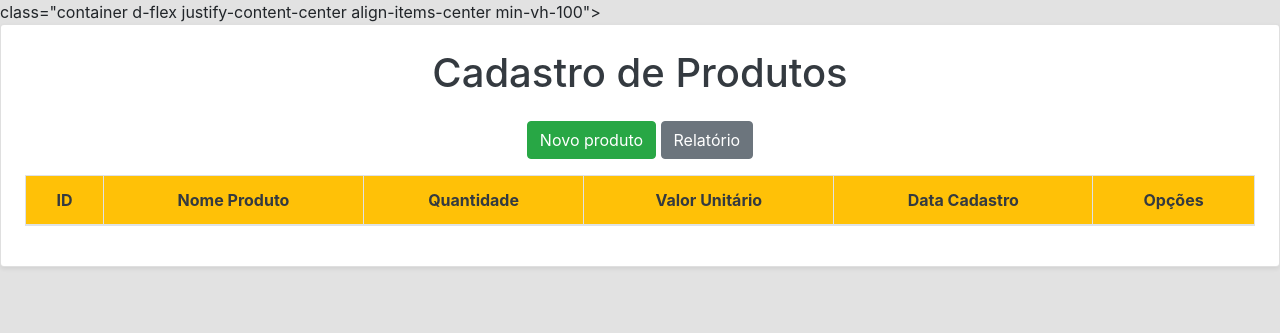
Repository: brudorea/produto
Page: http://localhost/produto/main
The author's editor kept a copy of each file at every save. The page is drawn from the files as they stood at one save, then again after the next save.
The browser window is 1280 px wide. The pictures show the whole page.
The page is served by Tomcat 10. Other server files are loaded and not shown. Queries for data that is not in the repository find no rows.

Above is the page before, as saved 2025-06-09 23:49:28.
Console error: SyntaxError: Unexpected end of input

### produto/src/main/webapp/cadastro.jsp
<%@ page language="java" contentType="text/html; charset=UTF-8"
	pageEncoding="UTF-8"%>

<%@ page import="model.JavaBeans"%>
<%@ page import="java.util.ArrayList"%>

<%@ page import="java.util.Locale"%>
<%@ page import="java.time.format.DateTimeFormatter"%>
<%@ page import="java.text.NumberFormat"%>
<%
@SuppressWarnings("unchecked")
ArrayList<JavaBeans> lista = (ArrayList<JavaBeans>) request.getAttribute("produtos");
%>

<%
NumberFormat moeda = NumberFormat.getCurrencyInstance(Locale.of("pt", "BR"));
%>

<!DOCTYPE html>
<html lang="pt-br">
<head>
<meta charset="UTF-8">
<meta name="viewport" content="width=device-width, initial-scale=1.0">
<meta name="description"
	content="Sistema de cadastro de produtos com Java e Bootstrap.">
<meta name="keywords"
	content="cadastro, produtos, sistema, Java, Bootstrap">
<title>Cadastro de Produtos</title>
<link rel="shortcut icon" href="img/favicon.png" type="image/x-icon">
<link rel="stylesheet"
	href="https://stackpath.bootstrapcdn.com/bootstrap/4.1.3/css/bootstrap.min.css">
<link rel="stylesheet" href="style.css">
</head>
<body>
	<div>
		class="container d-flex justify-content-center align-items-center
		min-vh-100">
		<section class="card shadow-sm p-4 w-100">
			<div class="text-center">
				<h1 class="text-dark mb-4">Cadastro de Produtos</h1>
				<a href="novo.html" class="btn btn-success">Novo produto</a> <a
					href="report" class="btn btn-secondary">Relatório</a>
			</div>

			<div class="table-responsive pt-3">
				<table class="table table-bordered table-striped text-center">
					<thead class="bg-warning text-dark">
						<tr>
							<th scope="col">ID</th>
							<th scope="col">Nome Produto</th>
							<th scope="col">Quantidade</th>
							<th scope="col">Valor Unitário</th>
							<th scope="col">Data Cadastro</th>
							<th scope="col">Opções</th>
						</tr>
					</thead>
					<tbody>
						<%
						for (int i = 0; i < lista.size(); i++) {
						%>
						<tr>
							<td><%=lista.get(i).getId()%></td>
							<td class="text-left"><%=lista.get(i).getNome()%></td>
							<td><%=lista.get(i).getQtde()%></td>

							<td><%=moeda.format(lista.get(i).getValor_unit())%></td>

							<td><%=lista.get(i).getData_cad().format(DateTimeFormatter.ofPattern("dd/MM/yyyy"))%></td>

							<td><a href="select?id=<%=lista.get(i).getId()%>"
								class="btn btn-sm btn-primary">Editar</a> <a
								href="javascript:confirmar(<%=lista.get(i).getId()%>)"
								class="btn btn-sm btn-danger">Excluir</a></td>
						</tr>

						<%
						}
						%>

					</tbody>
				</table>
			</div>
		</section>
	</div>

	<script src="https://code.jquery.com/jquery-3.3.1.slim.min.js"></script>
	<script>
			src="https://cdnjs.cloudflare.com/ajax/libs/popper.js/1.14.3/umd/popper.min.js"></script>
	<script>
			src="https://stackpath.bootstrapcdn.com/bootstrap/4.1.3/js/bootstrap.min.js"></script>
	<script src="confirmar.js"></script>
</body>
</html>

### produto/src/main/java/controller/Controller.java
package controller;

import java.io.IOException;
import java.text.NumberFormat;
import java.time.LocalDate;
import java.time.format.DateTimeFormatter;
import java.util.ArrayList;
import java.util.Locale;

import com.itextpdf.text.Document;
import com.itextpdf.text.Paragraph;
import com.itextpdf.text.pdf.PdfPCell;
import com.itextpdf.text.pdf.PdfPTable;
import com.itextpdf.text.pdf.PdfWriter;

import jakarta.servlet.RequestDispatcher;
import jakarta.servlet.ServletException;
import jakarta.servlet.annotation.WebServlet;
import jakarta.servlet.http.HttpServlet;
import jakarta.servlet.http.HttpServletRequest;
import jakarta.servlet.http.HttpServletResponse;
import model.DAO; // Classe do banco de dados
import model.JavaBeans;


@WebServlet(urlPatterns = { "/main", "/insert", "/select", "/update", "/delete", "/report" })

public class Controller extends HttpServlet {
	private static final long serialVersionUID = 1L;

	DAO dao = new DAO(); // Testar o banco de dados
	JavaBeans produto = new JavaBeans();


	public Controller() {
		super();

	}

	protected void doGet(HttpServletRequest request, HttpServletResponse response)
			throws ServletException, IOException {


		String action = request.getServletPath();
		System.out.println(action);

		if (action.equals("/main")) {
			produtos(request, response);
		} else if (action.equals("/insert")) {
			adicionarProduto(request, response);
		} else if (action.equals("/select")) {
			listarProduto(request, response);
		} else if (action.equals("/update")) {
			editarProduto(request, response);
		} else if (action.equals("/delete")) {
			removerProduto(request, response);
		} else if (action.equals("/report")) {
			gerarRelatorio(request, response);
		} else {
			response.sendRedirect("index.html");
		}
	}

	protected void produtos(HttpServletRequest request, HttpServletResponse response)
			throws ServletException, IOException {

		ArrayList<JavaBeans> lista = dao.listarProdutos();

		request.setAttribute("produtos", lista);
		RequestDispatcher rd = request.getRequestDispatcher("cadastro.jsp");
		rd.forward(request, response);

		}

	protected void adicionarProduto(HttpServletRequest request, HttpServletResponse response)
			throws ServletException, IOException {

		int qtde = Integer.parseInt(request.getParameter("qtde"));
		String valorUnitStr = request.getParameter("valorunit").replace(",", ".");
		float valorUnit = Float.parseFloat(valorUnitStr);
		String dataTexto = request.getParameter("data_cad");
		LocalDate data = LocalDate.parse(dataTexto);

		produto.setNome(request.getParameter("nome_produto"));
		produto.setQtde(qtde);
		produto.setValor_unit(valorUnit);
		produto.setData_cad(data);

		dao.inserirProduto(produto);

		response.sendRedirect("main");

	}

	protected void listarProduto(HttpServletRequest request, HttpServletResponse response)
			throws ServletException, IOException {
		int id = Integer.parseInt(request.getParameter("id"));


		produto.setId(id);

		dao.selecionarProduto(produto);

		NumberFormat formato = NumberFormat.getCurrencyInstance(Locale.forLanguageTag("pt-BR"));
		String valorFormatado = formato.format(produto.getValor_unit());

		request.setAttribute("id", produto.getId());
		request.setAttribute("nome", produto.getNome());
		request.setAttribute("qtde", produto.getQtde());
		request.setAttribute("valorunit", valorFormatado);
		request.setAttribute("data_cadastro", produto.getData_cad());

		RequestDispatcher rd = request.getRequestDispatcher("editar.jsp");
		rd.forward(request, response);
	}

	protected void editarProduto(HttpServletRequest request, HttpServletResponse response)
			throws ServletException, IOException {

		try {
			int id = Integer.parseInt(request.getParameter("id"));
			String nome = request.getParameter("nome_produto");
			int qtde = Integer.parseInt(request.getParameter("qtde"));

			String valorTexto = request.getParameter("valorunit");
			valorTexto = valorTexto.replaceAll("[\\s\\u00A0]", "");
			valorTexto = valorTexto.replace("R$", "");
			valorTexto = valorTexto.replace(",", ".");
			float valorUnit = Float.parseFloat(valorTexto);

			LocalDate datacadastro = LocalDate.parse(request.getParameter("data_cad"));

			produto.setId(id);
			produto.setNome(nome);
			produto.setQtde(qtde);
			produto.setValor_unit(valorUnit);
			produto.setData_cad(datacadastro);

			dao.alterarProduto(produto);

		} catch (Exception e) {
			System.err.println("Erro ao editar produto:" + e.getMessage());
		}

		response.sendRedirect("main");
	}

	protected void removerProduto(HttpServletRequest request, HttpServletResponse response)
			throws ServletException, IOException {
		int id = Integer.parseInt(request.getParameter("id"));

		produto.setId(id);

		dao.deletarProduto(produto);

		response.sendRedirect("main");
	}

	protected void gerarRelatorio(HttpServletRequest request, HttpServletResponse response)
			throws ServletException, IOException {
		Document documento = new Document();

		try {
			response.setContentType("aplication/pdf");
			response.addHeader("Content-Disposition", "inline; filename=" + "Produtos.pdf");

			PdfWriter.getInstance(documento, response.getOutputStream());

			documento.open();
			documento.add(new Paragraph("Lista de Produtos"));
			documento.add(new Paragraph(" "));

			PdfPTable tabela = new PdfPTable(4);

			PdfPCell col1 = new PdfPCell (new Paragraph("Nome Produto"));
			PdfPCell col2 = new PdfPCell (new Paragraph("Qtde"));
			PdfPCell col3 = new PdfPCell (new Paragraph("Valor Unitário"));
			PdfPCell col4 = new PdfPCell (new Paragraph("Data Cadastro"));

			tabela.addCell(col1);
			tabela.addCell(col2);
			tabela.addCell(col3);
			tabela.addCell(col4);

			DateTimeFormatter formatada = DateTimeFormatter.ofPattern("dd/MM/yyyy");
			NumberFormat moedaBR = NumberFormat.getCurrencyInstance(Locale.forLanguageTag("pt-BR"));

			ArrayList<JavaBeans> lista = dao.listarProdutos();
			for(int i = 0; i < lista.size(); i++) {
				tabela.addCell(lista.get(i).getNome());
				tabela.addCell(String.valueOf(lista.get(i).getQtde()));
				tabela.addCell(moedaBR.format(lista.get(i).getValor_unit()));
				String dataFormatada = lista.get(i).getData_cad().format(formatada);
				tabela.addCell(dataFormatada);
			}

			documento.add(tabela);
			documento.close();


			} catch (Exception e) {
			System.out.print(e);
			documento.close();
		}
	}
}

### produto/src/main/webapp/style.css
@charset "UTF-8";

body {
	background: #e2e2e2;
}

.container {
	margin-top: 50px;
}

### produto/src/main/webapp/confirmar.js
/**
 * Confirmar a exclusão do produto
 * @param id
 */

function confirmar(id){
	let resposta = confirm("Confirma a exclusão deste produto?")
	if(resposta === true){
		//alert(id)
		window.location.href = "delete?id=" + id
	}
}

After the next save:
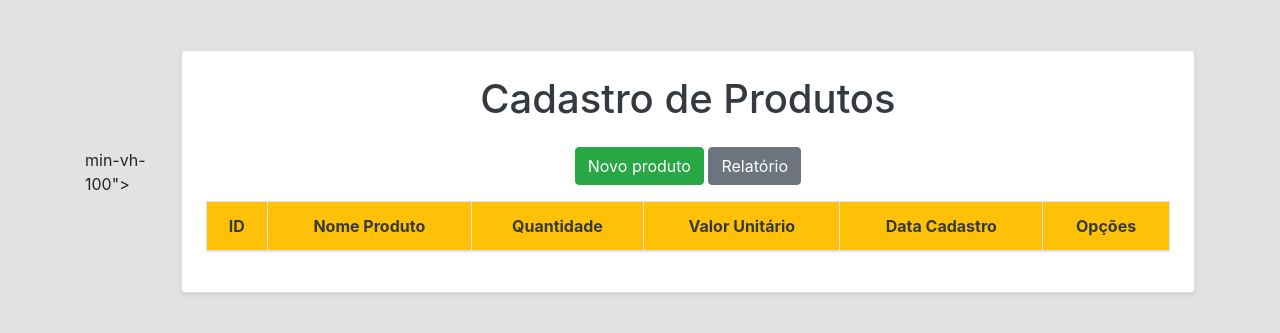
Saved 108 s later.
--- a/produto/src/main/webapp/cadastro.jsp
+++ b/produto/src/main/webapp/cadastro.jsp
@@ -32,8 +32,7 @@ NumberFormat moeda = NumberFormat.getCurrencyInstance(Locale.of("pt", "BR"));
 <link rel="stylesheet" href="style.css">
 </head>
 <body>
-	<div>
-		class="container d-flex justify-content-center align-items-center
+	<div class="container d-flex justify-content-center align-items-center">
 		min-vh-100">
 		<section class="card shadow-sm p-4 w-100">
 			<div class="text-center">
